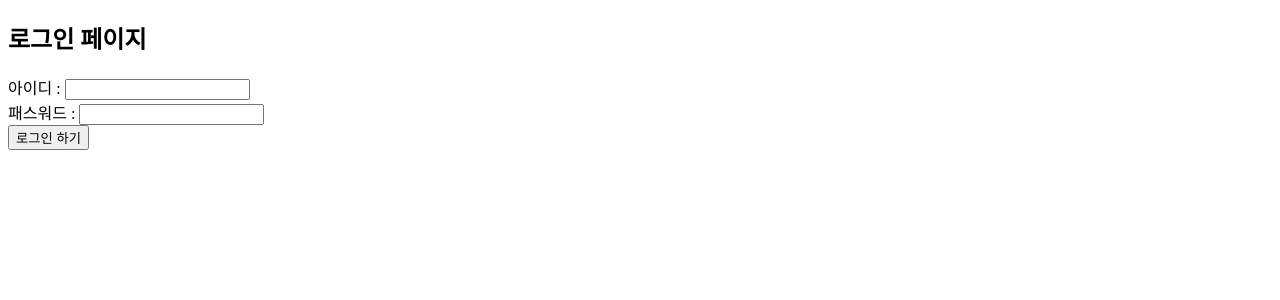
Repository: jungwoonAn/jsp_basic
Page: http://localhost/MustHaveJSP/BS_Board/BSLoginForm.jsp
These files come from the project's save history. The page is drawn as it stood at one moment and after the next save; the edit follows.
The browser window is 1280 px wide. The pictures show the whole page.
The page is served by Tomcat 10.

Above is the page before, as saved 2024-10-21 05:03:22.

After the next save:
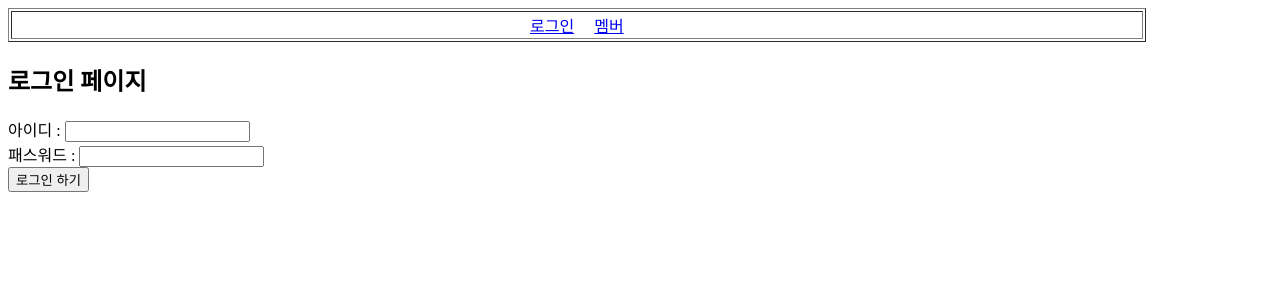
Saved 17 min 25 s later.
--- a/MustHaveJSP/src/main/webapp/BS_Board/BSLoginForm.jsp
+++ b/MustHaveJSP/src/main/webapp/BS_Board/BSLoginForm.jsp
@@ -19,6 +19,8 @@
 </script>
 </head>
 <body>
+	<jsp:include page="../Common/Link.jsp" />
+
 	<h2>로그인 페이지</h2>
 	<span style="color: red; font-size: 1.2em;">
 		<%= request.getAttribute("LoginErrMsg")  == null ?
